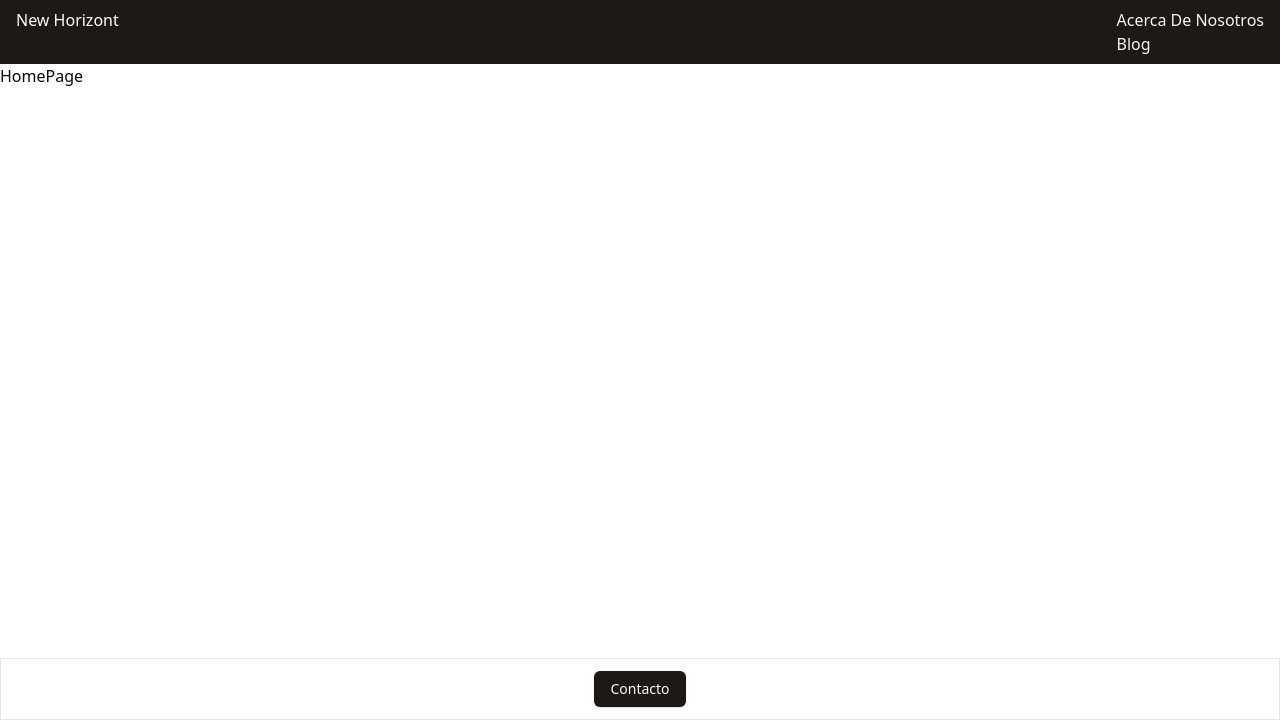
Repository: jefrydep/new-horizont-school
Page: /home
These files come from the project's save history. The page is drawn as it stood at one moment and after the next save; the edit follows.
The browser window is 1280 px wide. The pictures show the whole page.
The project was rebuilt for these pictures with package versions that can differ from the ones it lists, and the page was loaded fresh each time. The framework's server and built-in components were replaced by stand-ins that run in the browser. Also part of the build but not shown: next.config.ts.

Above is the page before, as saved 2024-11-07 17:33:35.

### src/app/layout.tsx
import type { Metadata } from "next";
import localFont from "next/font/local";
import "./globals.css";
import Navbar from "@/components/Navbar";
import { Button } from "@/components/ui/button";

const geistSans = localFont({
  src: "./fonts/GeistVF.woff",
  variable: "--font-geist-sans",
  weight: "100 900",
});
const geistMono = localFont({
  src: "./fonts/GeistMonoVF.woff",
  variable: "--font-geist-mono",
  weight: "100 900",
});

export const metadata: Metadata = {
  title: "Create Next App",
  description: "Generated by create next app",
};

export default function RootLayout({
  children,
}: Readonly<{
  children: React.ReactNode;
}>) {
  return (
    <html lang="en">
      <body
        className={`   ${geistSans.variable} ${geistMono.variable} antialiased`}
      >
        <Navbar />
        {children}
        <div className=" bg-white border flex justify-center py-3 absolute bottom-0 right-0 left-0">
          <Button color="green">Contacto</Button>
        </div>
        {/* <div className="absolute bg-red-400 bottom-0 left-1/2 transform -translate-x-1/2 mb-4">
          <Button>Contacto</Button>
        </div> */}
      </body>
    </html>
  );
}

### src/app/(new-horizont-school)/layout.tsx
// import type { Metadata } from "next";
// import localFont from "next/font/local";

import Navbar from "@/components/Navbar";

// const geistSans = localFont({
//   src: "./fonts/GeistVF.woff",
//   variable: "--font-geist-sans",
//   weight: "100 900",
// });
// const geistMono = localFont({
//   src: "./fonts/GeistMonoVF.woff",
//   variable: "--font-geist-mono",
//   weight: "100 900",
// });

// export const metadata: Metadata = {
//   title: "Create Next App",
//   description: "Generated by create next app",
// };

export default function SchoolLayout({
  children,
}: Readonly<{
  children: React.ReactNode;
}>) {
  return (
    <html lang="en">
      <body
      // className={`${geistSans.variable} ${geistMono.variable} antialiased`}
      >
        {children}
      </body>
    </html>
  );
}

### src/app/globals.css
@tailwind base;
@tailwind components;
@tailwind utilities;

/* :root {
  --background: #ffffff;
  --foreground: #171717;
}

@media (prefers-color-scheme: dark) {
  :root {
    --background: #0a0a0a;
    --foreground: #ededed;
  }
}

body {
  color: var(--foreground);
  background: var(--background);
  font-family: Arial, Helvetica, sans-serif;
} */
@layer base {
  :root {
    --background: 0 0% 100%;
    --foreground: 20 14.3% 4.1%;
    --card: 0 0% 100%;
    --card-foreground: 20 14.3% 4.1%;
    --popover: 0 0% 100%;
    --popover-foreground: 20 14.3% 4.1%;
    --primary: 24 9.8% 10%;
    --primary-foreground: 60 9.1% 97.8%;
    --secondary: 60 4.8% 95.9%;
    --secondary-foreground: 24 9.8% 10%;
    --muted: 60 4.8% 95.9%;
    --muted-foreground: 25 5.3% 44.7%;
    --accent: 60 4.8% 95.9%;
    --accent-foreground: 24 9.8% 10%;
    --destructive: 0 84.2% 60.2%;
    --destructive-foreground: 60 9.1% 97.8%;
    --border: 20 5.9% 90%;
    --input: 20 5.9% 90%;
    --ring: 20 14.3% 4.1%;
    --chart-1: 12 76% 61%;
    --chart-2: 173 58% 39%;
    --chart-3: 197 37% 24%;
    --chart-4: 43 74% 66%;
    --chart-5: 27 87% 67%;
    --radius: 0.5rem
  }
  .dark {
    --background: 20 14.3% 4.1%;
    --foreground: 60 9.1% 97.8%;
    --card: 20 14.3% 4.1%;
    --card-foreground: 60 9.1% 97.8%;
    --popover: 20 14.3% 4.1%;
    --popover-foreground: 60 9.1% 97.8%;
    --primary: 60 9.1% 97.8%;
    --primary-foreground: 24 9.8% 10%;
    --secondary: 12 6.5% 15.1%;
    --secondary-foreground: 60 9.1% 97.8%;
    --muted: 12 6.5% 15.1%;
    --muted-foreground: 24 5.4% 63.9%;
    --accent: 12 6.5% 15.1%;
    --accent-foreground: 60 9.1% 97.8%;
    --destructive: 0 62.8% 30.6%;
    --destructive-foreground: 60 9.1% 97.8%;
    --border: 12 6.5% 15.1%;
    --input: 12 6.5% 15.1%;
    --ring: 24 5.7% 82.9%;
    --chart-1: 220 70% 50%;
    --chart-2: 160 60% 45%;
    --chart-3: 30 80% 55%;
    --chart-4: 280 65% 60%;
    --chart-5: 340 75% 55%
  }
}
@layer base {
  * {
    @apply border-border;
  }
  body {
    @apply bg-background text-foreground;
  }
}

### src/components/Navbar.tsx
import { Menu } from "lucide-react";
import Link from "next/link";

export default function Navbar() {
  return (
    <header className="bg-primary h-16">
      <div className="flex justify-between m-auto      container px-4 py-2  ">
        <div className="text-white">New Horizont</div>
        <nav className="outline-none hidden sm:block list-none">
          <li className="text-secondary">
            <Link href={"/about"}>Acerca De Nosotros</Link>
          </li>
          <li className="text-secondary">
            <Link href={"/blog"}>Blog</Link>
          </li>
        </nav>
        <div className="  sm:hidden">
          <Menu color="white" size={45} />
        </div>
        {/* <li className="text-secondary">
            <Link href={"/about"}>About</Link>
          </li> */}
      </div>
    </header>
  );
}

### src/components/ui/button.tsx
import * as React from "react"
import { Slot } from "@radix-ui/react-slot"
import { cva, type VariantProps } from "class-variance-authority"

import { cn } from "@/lib/utils"

const buttonVariants = cva(
  "inline-flex items-center justify-center gap-2 whitespace-nowrap rounded-md text-sm font-medium transition-colors focus-visible:outline-none focus-visible:ring-1 focus-visible:ring-ring disabled:pointer-events-none disabled:opacity-50 [&_svg]:pointer-events-none [&_svg]:size-4 [&_svg]:shrink-0",
  {
    variants: {
      variant: {
        default:
          "bg-primary text-primary-foreground shadow hover:bg-primary/90",
        destructive:
          "bg-destructive text-destructive-foreground shadow-sm hover:bg-destructive/90",
        outline:
          "border border-input bg-background shadow-sm hover:bg-accent hover:text-accent-foreground",
        secondary:
          "bg-secondary text-secondary-foreground shadow-sm hover:bg-secondary/80",
        ghost: "hover:bg-accent hover:text-accent-foreground",
        link: "text-primary underline-offset-4 hover:underline",
      },
      size: {
        default: "h-9 px-4 py-2",
        sm: "h-8 rounded-md px-3 text-xs",
        lg: "h-10 rounded-md px-8",
        icon: "h-9 w-9",
      },
    },
    defaultVariants: {
      variant: "default",
      size: "default",
    },
  }
)

export interface ButtonProps
  extends React.ButtonHTMLAttributes<HTMLButtonElement>,
    VariantProps<typeof buttonVariants> {
  asChild?: boolean
}

const Button = React.forwardRef<HTMLButtonElement, ButtonProps>(
  ({ className, variant, size, asChild = false, ...props }, ref) => {
    const Comp = asChild ? Slot : "button"
    return (
      <Comp
        className={cn(buttonVariants({ variant, size, className }))}
        ref={ref}
        {...props}
      />
    )
  }
)
Button.displayName = "Button"

export { Button, buttonVariants }

Loaded but not shown: src/app/(new-horizont-school)/home/page.tsx (common file); src/lib/utils.ts (common file); tailwind.config.ts (common file)

After the next save:
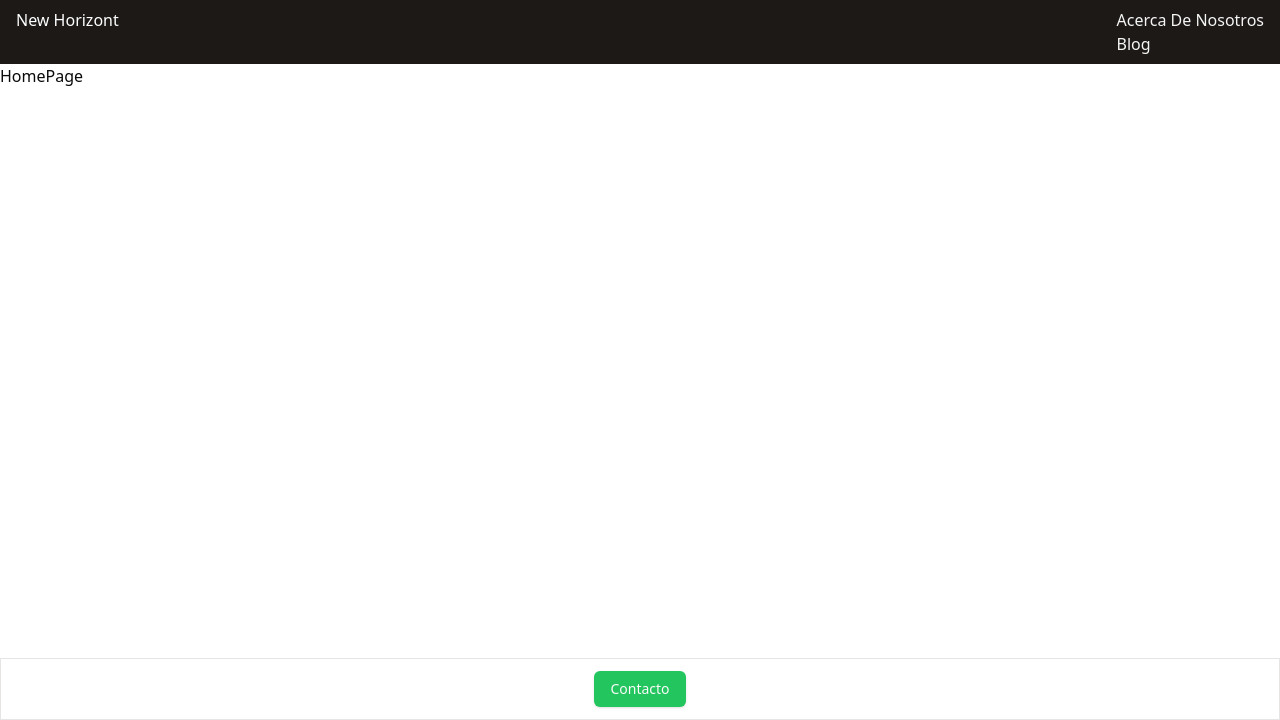
Saved 10 s later.
--- a/src/app/layout.tsx
+++ b/src/app/layout.tsx
@@ -33,7 +33,7 @@ export default function RootLayout({
         <Navbar />
         {children}
         <div className=" bg-white border flex justify-center py-3 absolute bottom-0 right-0 left-0">
-          <Button color="green">Contacto</Button>
+          <Button className="bg-green-500">Contacto</Button>
         </div>
         {/* <div className="absolute bg-red-400 bottom-0 left-1/2 transform -translate-x-1/2 mb-4">
           <Button>Contacto</Button>
